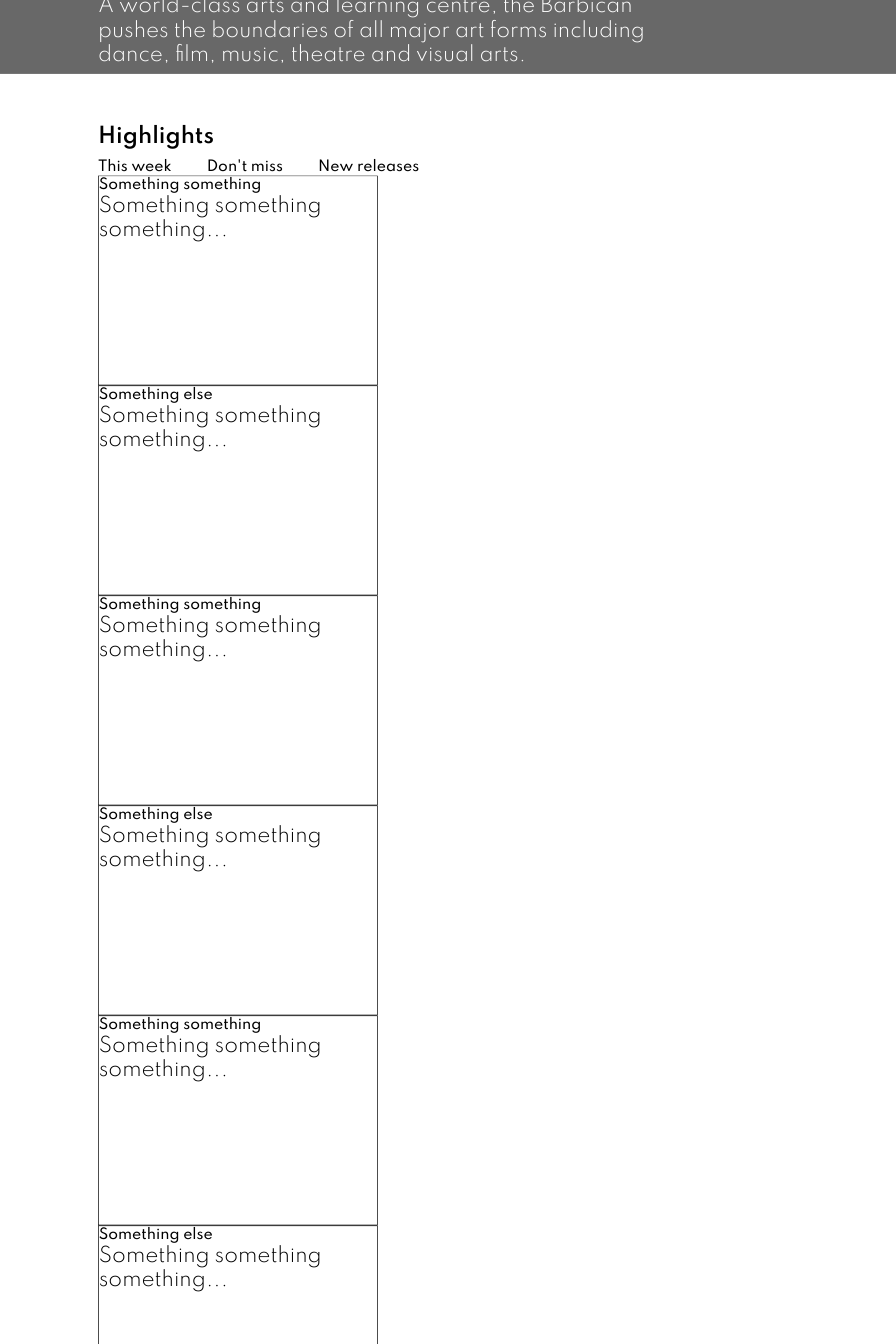
Repository: vvogt/fameworks_vv
Page: /
These files come from the project's save history. The page is drawn as it stood at one moment and after the next save; the edit follows.
The browser window is 1280 px wide. The pictures show the part of the page from y = 502 to 2422 px (the page is 6212 px tall before and 2612 px after), at 70% of full size.
Pictures or frames that could not be fetched are drawn as grey boxes. The project was rebuilt for these pictures with package versions that can differ from the ones it lists, and the page was loaded fresh each time. Also part of the build but not shown: src/components/NotFound.js. Imported but missing from the stored project, and not drawn on this page: src/assets/videos/seald_fullhd.mp4.

Above is the page before, as saved 2020-03-28 18:01:29.

### public/index.html
<!DOCTYPE html>
<html lang="en">
  <head>
    <meta charset="utf-8" />
    <link rel="icon" href="%PUBLIC_URL%/favicon.ico" />
    <link href="https://fonts.googleapis.com/css2?family=Spartan:wght@200;300;400;500;531;600;700;800;900&display=swap"
      rel="stylesheet">
    <meta name="viewport" content="width=device-width, initial-scale=1" />
    <meta name="theme-color" content="#000000" />
    <meta
      name="description"
      content="Web site created using create-react-app"
    />
    <!--
      manifest.json provides metadata used when your web app is installed on a
      user's mobile device or desktop. See https://developers.google.com/web/fundamentals/web-app-manifest/
    -->
    <link rel="manifest" href="%PUBLIC_URL%/manifest.json" />
    <!--
      Notice the use of %PUBLIC_URL% in the tags above.
      It will be replaced with the URL of the `public` folder during the build.
      Only files inside the `public` folder can be referenced from the HTML.

      Unlike "/favicon.ico" or "favicon.ico", "%PUBLIC_URL%/favicon.ico" will
      work correctly both with client-side routing and a non-root public URL.
      Learn how to configure a non-root public URL by running `npm run build`.
    -->
  </head>
  <body>
    <noscript>You need to enable JavaScript to run this app.</noscript>
    <div id="root"></div>
    <!--
      This HTML file is a template.
      If you open it directly in the browser, you will see an empty page.

      You can add webfonts, meta tags, or analytics to this file.
      The build step will place the bundled scripts into the <body> tag.

      To begin the development, run `npm start` or `yarn start`.
      To create a production bundle, use `npm run build` or `yarn build`.
    -->
  </body>
</html>

### src/index.js
import React from 'react';
import { render } from 'react-dom';
import './scss/global.scss';
import Router from './components/Router';
import * as serviceWorker from './serviceWorker';

render(<Router />, document.querySelector('#root'));

// If you want your app to work offline and load faster, you can change
// unregister() to register() below. Note this comes with some pitfalls.
// Learn more about service workers: https://bit.ly/CRA-PWA
serviceWorker.unregister();

### src/scss/global.scss
// # SETTINGS
@import 'settings.variables';

// # TOOLS
@import 'tools.mixins';
@import 'tools.units';

// # BASE
@import 'base.normalize';
@import 'base.reset';
@import 'base.body';

//COMPONENTS

@import 'components.header';
@import 'components.hero';
@import 'components.section';

### src/components/Router.js
import React from 'react';
import { BrowserRouter, Route, Switch } from 'react-router-dom';
import Main from './Main';
import NotFound from './NotFound';

const Router = () => (
  <BrowserRouter>
    <Switch>
      <Route exact path="/" component={Main} />
      <Route component={NotFound} />
    </Switch>
  </BrowserRouter>
);

export default Router;

### src/scss/_settings.variables.scss
/* ------------------------------------------
   settings.VARIABLES
------------------------------------------ */

// Fonts
$font: 'Spartan', sans-serif;

$font_btn: rem-calc(15);

// Colors
$black: #000000;
$white: #ffffff;
$orange: #ff5900;
$orange-drkr: #e65000;

// Layout
$gutter: 20px;

// Animations
$transition-in: 0.1s;
$transition-out: 0.3s;

// Box Shadow
$shadow_light: 1px 2px 2px rgba($black, 0.1);
$shadow_dark: 1px 2px 2px rgba($black, 0.2);

// Padding
$padding_lr_1: 240px;
$padding_lr_2: 140px;
$padding_lr_3: 80px;
$padding_lr_4: 20px;

$padding_lr: 20px, 80px, 140px, 240px;

### src/scss/_tools.mixins.scss
/* ------------------------------------------
   tools.MIXINS
------------------------------------------ */

@mixin clearfix() {
  &:before, &:after {
    content: " ";
    display: table;
  }
  &:after {
    clear: both;
  }
}

@mixin un-clearfix() {
  &:before, &:after {
    content: none;
    display: auto;
  }
  &:after {
    clear: none;
  }
}

// Image Replacement

@mixin ir() {
  border: 0;
  font: 0/0 a;
  text-shadow: none;
  color: transparent;
  // background: url(test.png);
  // width: 300px;
  // height: 75px;
}

// Hide only visually, but have it available for screen readers:
// http://snook.ca/archives/html_and_css/hiding-content-for-accessibility

@mixin visuallyhidden() {
    border: 0;
    clip: rect(0 0 0 0);
    height: 1px;
    margin: -1px;
    overflow: hidden;
    padding: 0;
    position: absolute;
    width: 1px;
}


//  ## Media query and orietation mixins
//  ==================================================
//  http://alwaystwisted.com/post.php?s=2013-04-01-my-media-query-mixin


@mixin mq($point, $query1: min, $query2: width) {
  @media screen and (#{$query1}-#{$query2}: strip-unit($point) / 16 +em) {
    @content;
  }
}

@mixin orient($orientation: landscape) {
  @media (orientation : $orientation) {
    @content;
  }
}

@mixin setLRPadding($padding-lr4: 20px, $padding-lr3: 80px, $padding-lr2: 140px, $padding-lr1: 240px) {
  padding-left: $padding-lr4;
  padding-right: $padding-lr4;

   @include mq(600) {
      padding-left: $padding-lr3;
      padding-right: $padding-lr3;
   }

   @include mq(1000) {
      padding-left: $padding-lr2;
      padding-right: $padding-lr2;
   }

   @include mq(1400) {
      padding-left: $padding-lr1;
      padding-right: $padding-lr1;
   }
}

### src/scss/_tools.units.scss
// Foundation for Sites by ZURB
// foundation.zurb.com
// Licensed under MIT Open Source

////
/// @group functions
////

$global-font-size: 100% !default;

// scss-lint:disable ZeroUnit

/// Removes the unit (e.g. px, em, rem) from a value, returning the number only.
///
/// @param {Number} $num - Number to strip unit from.
///
/// @returns {Number} The same number, sans unit.
@function strip-unit($num) {
  @return $num / ($num * 0 + 1);
}

/// Converts one or more pixel values into matching rem values.
///
/// @param {Number|List} $values - One or more values to convert. Be sure to separate them with spaces and not commas. If you need to convert a comma-separated list, wrap the list in parentheses.
/// @param {Number} $base [null] - The base value to use when calculating the `rem`. If you're using Foundation out of the box, this is 16px. If this parameter is `null`, the function will reference the `$base-font-size` variable as the base.
///
/// @returns {List} A list of converted values.
@function rem-calc($values, $base: null) {
  $rem-values: ();
  $count: length($values);

  // If no base is defined, defer to the global font size
  @if $base == null {
    $base: $global-font-size;
  }

  // If the base font size is a %, then multiply it by 16px
  // This is because 100% font size = 16px in most all browsers
  @if unit($base) == '%' {
    $base: ($base / 100%) * 16px;
  }

  @if $count == 1 {
    @return -zf-to-rem($values, $base);
  }

  @for $i from 1 through $count {
    $rem-values: append($rem-values, -zf-to-rem(nth($values, $i), $base));
  }

  @return $rem-values;
}

// Converts a unitless, pixel, or rem value to em, for use in breakpoints.
@function -zf-bp-to-em($value) {
  // Pixel and unitless values are converted to rems
  @if unit($value) == 'px' or unitless($value) {
    $value: rem-calc($value, $base: 16px);
  }

  // Then the value is converted to ems
  @return strip-unit($value) * 1em;
}

/// Converts a pixel value to matching rem value. *Any* value passed, regardless of unit, is assumed to be a pixel value. By default, the base pixel value used to calculate the rem value is taken from the `$global-font-size` variable.
/// @access private
///
/// @param {Number} $value - Pixel value to convert.
/// @param {Number} $base [null] - Base for pixel conversion.
///
/// @returns {Number} A number in rems, calculated based on the given value and the base pixel value. rem values are passed through as is.
@function -zf-to-rem($value, $base: null) {
  // Check if the value is a number
  @if type-of($value) != 'number' {
    @warn inspect($value) + ' was passed to rem-calc(), which is not a number.';
    @return $value;
  }

  // Calculate rem if units for $value is not rem
  @if unit($value) != 'rem' {
    $value: strip-unit($value) / strip-unit($base) * 1rem;
  }

  // Turn 0rem into 0
  @if $value == 0rem {
    $value: 0;
  }

  @return $value;
}

### src/scss/_base.normalize.scss
/* ------------------------------------------
   settings.NORMALIZE
------------------------------------------ */

/*! normalize.css v4.1.1 | MIT License | github.com/necolas/normalize.css */

/**
 * 1. Change the default font family in all browsers (opinionated).
 * 2. Prevent adjustments of font size after orientation changes in IE and iOS.
 */

 html {
  font-family: sans-serif; /* 1 */
  -ms-text-size-adjust: 100%; /* 2 */
  -webkit-text-size-adjust: 100%; /* 2 */
}

/**
 * Remove the margin in all browsers (opinionated).
 */

body {
  margin: 0;
}

/* HTML5 display definitions
   ========================================================================== */

/**
 * Add the correct display in IE 9-.
 * 1. Add the correct display in Edge, IE, and Firefox.
 * 2. Add the correct display in IE.
 */

article,
aside,
details, /* 1 */
figcaption,
figure,
footer,
header,
main, /* 2 */
menu,
nav,
section,
summary { /* 1 */
  display: block;
}

/**
 * Add the correct display in IE 9-.
 */

audio,
canvas,
progress,
video {
  display: inline-block;
}

/**
 * Add the correct display in iOS 4-7.
 */

audio:not([controls]) {
  display: none;
  height: 0;
}

/**
 * Add the correct vertical alignment in Chrome, Firefox, and Opera.
 */

progress {
  vertical-align: baseline;
}

/**
 * Add the correct display in IE 10-.
 * 1. Add the correct display in IE.
 */

template, /* 1 */
[hidden] {
  display: none;
}

/* Links
   ========================================================================== */

/**
 * 1. Remove the gray background on active links in IE 10.
 * 2. Remove gaps in links underline in iOS 8+ and Safari 8+.
 */

a {
  background-color: transparent; /* 1 */
  -webkit-text-decoration-skip: objects; /* 2 */
}

/**
 * Remove the outline on focused links when they are also active or hovered
 * in all browsers (opinionated).
 */

a:active,
a:hover {
  outline-width: 0;
}

/* Text-level semantics
   ========================================================================== */

/**
 * 1. Remove the bottom border in Firefox 39-.
 * 2. Add the correct text decoration in Chrome, Edge, IE, Opera, and Safari.
 */

abbr[title] {
  border-bottom: none; /* 1 */
  text-decoration: underline; /* 2 */
  text-decoration: underline dotted; /* 2 */
}

/**
 * Prevent the duplicate application of `bolder` by the next rule in Safari 6.
 */

b,
strong {
  font-weight: inherit;
}

/**
 * Add the correct font weight in Chrome, Edge, and Safari.
 */

b,
strong {
  font-weight: bolder;
}

/**
 * Add the correct font style in Android 4.3-.
 */

dfn {
  font-style: italic;
}

/**
 * Correct the font size and margin on `h1` elements within `section` and
 * `article` contexts in Chrome, Firefox, and Safari.
 */

h1 {
  font-size: 2em;
  margin: 0.67em 0;
}

/**
 * Add the correct background and color in IE 9-.
 */

mark {
  background-color: #ff0;
  color: #000;
}

/**
 * Add the correct font size in all browsers.
 */

small {
  font-size: 80%;
}

/**
 * Prevent `sub` and `sup` elements from affecting the line height in
 * all browsers.
 */

sub,
sup {
  font-size: 75%;
  line-height: 0;
  position: relative;
  vertical-align: baseline;
}

sub {
  bottom: -0.25em;
}

sup {
  top: -0.5em;
}

/* Embedded content
   ========================================================================== */

/**
 * Remove the border on images inside links in IE 10-.
 */

img {
  border-style: none;
}

/**
 * Hide the overflow in IE.
 */

svg:not(:root) {
  overflow: hidden;
}

/* Grouping content
   ========================================================================== */

/**
 * 1. Correct the inheritance and scaling of font size in all browsers.
 * 2. Correct the odd `em` font sizing in all browsers.
 */

code,
kbd,
pre,
samp {
  font-family: monospace, monospace; /* 1 */
  font-size: 1em; /* 2 */
}

/**
 * Add the correct margin in IE 8.
 */

figure {
  margin: 1em 40px;
}

/**
 * 1. Add the correct box sizing in Firefox.
 * 2. Show the overflow in Edge and IE.
 */

hr {
  box-sizing: content-box; /* 1 */
  height: 0; /* 1 */
  overflow: visible; /* 2 */
}

/* Forms
   ========================================================================== */

/**
 * 1. Change font properties to `inherit` in all browsers (opinionated).
 * 2. Remove the margin in Firefox and Safari.
 */

button,
input,
select,
textarea {
  font: inherit; /* 1 */
  margin: 0; /* 2 */
}

/**
 * Restore the font weight unset by the previous rule.
 */

optgroup {
  font-weight: bold;
}

/**
 * Show the overflow in IE.
 * 1. Show the overflow in Edge.
 */

button,
input { /* 1 */
  overflow: visible;
}

/**
 * Remove the inheritance of text transform in Edge, Firefox, and IE.
 * 1. Remove the inheritance of text transform in Firefox.
 */

button,
select { /* 1 */
  text-transform: none;
}

/**
 * 1. Prevent a WebKit bug where (2) destroys native `audio` and `video`
 *    controls in Android 4.
 * 2. Correct the inability to style clickable types in iOS and Safari.
 */

button,
html [type="button"], /* 1 */
[type="reset"],
[type="submit"] {
  -webkit-appearance: button; /* 2 */
}

/**
 * Remove the inner border and padding in Firefox.
 */

button::-moz-focus-inner,
[type="button"]::-moz-focus-inner,
[type="reset"]::-moz-focus-inner,
[type="submit"]::-moz-focus-inner {
  border-style: none;
  padding: 0;
}

/**
 * Restore the focus styles unset by the previous rule.
 */

button:-moz-focusring,
[type="button"]:-moz-focusring,
[type="reset"]:-moz-focusring,
[type="submit"]:-moz-focusring {
  outline: 1px dotted ButtonText;
}

/**
 * Change the border, margin, and padding in all browsers (opinionated).
 */

fieldset {
  border: 1px solid #c0c0c0;
  margin: 0 2px;
  padding: 0.35em 0.625em 0.75em;
}

/**
 * 1. Correct the text wrapping in Edge and IE.
 * 2. Correct the color inheritance from `fieldset` elements in IE.
 * 3. Remove the padding so developers are not caught out when they zero out
 *    `fieldset` elements in all browsers.
 */

legend {
  box-sizing: border-box; /* 1 */
  color: inherit; /* 2 */
  display: table; /* 1 */
  max-width: 100%; /* 1 */
  padding: 0; /* 3 */
  white-space: normal; /* 1 */
}

/**
 * Remove the default vertical scrollbar in IE.
 */

textarea {
  overflow: auto;
}

/**
 * 1. Add the correct box sizing in IE 10-.
 * 2. Remove the padding in IE 10-.
 */

[type="checkbox"],
[type="radio"] {
  box-sizing: border-box; /* 1 */
  padding: 0; /* 2 */
}

/**
 * Correct the cursor style of increment and decrement buttons in Chrome.
 */

[type="number"]::-webkit-inner-spin-button,
[type="number"]::-webkit-outer-spin-button {
  height: auto;
}

/**
 * 1. Correct the odd appearance in Chrome and Safari.
 * 2. Correct the outline style in Safari.
 */

[type="search"] {
  -webkit-appearance: textfield; /* 1 */
  outline-offset: -2px; /* 2 */
}

/**
 * Remove the inner padding and cancel buttons in Chrome and Safari on OS X.
 */

[type="search"]::-webkit-search-cancel-button,
[type="search"]::-webkit-search-decoration {
  -webkit-appearance: none;
}

/**
 * Correct the text style of placeholders in Chrome, Edge, and Safari.
 */

::-webkit-input-placeholder {
  color: inherit;
  opacity: 0.54;
}

/**
 * 1. Correct the inability to style clickable types in iOS and Safari.
 * 2. Change font properties to `inherit` in Safari.
 */

::-webkit-file-upload-button {
  -webkit-appearance: button; /* 1 */
  font: inherit; /* 2 */
}

### src/scss/_base.reset.scss
/* ------------------------------------------
  generic.RESET
------------------------------------------ */

* {
  box-sizing: border-box;
}

img,
iframe {
  max-width: 100%;
  height: auto;
}

h1,h2,h3,h4,h5,h6,
p,blockquote,pre,
dl,dd,ol,ul,
form,fieldset,legend,
table,th,td,caption,
hr,figure {
  margin:0;
  padding:0;
}

li {
  list-style: none;
}

::selection {

}

### src/scss/_base.body.scss
body {
  font-family: $font;
  font-size: rem-calc(14);
  line-height: rem-calc(18);
  font-weight: 400;
  color: $black;
  background-color: $white;
  margin: 0px;
  padding: 0px;
}

p {
  font-family: $font;
  font-size: rem-calc(20);
  line-height: rem-calc(26);
  color: $black;
  font-weight: 355;

  @include mq(350) {
    font-size: rem-calc(24);
    line-height: rem-calc(30);
  }

  @include mq(1000) {
    font-size: rem-calc(28);
    line-height: rem-calc(35);
  }
}

a {
  color: $black;
  text-decoration: none;

  &:hover {
    text-decoration: none;
    color: $white;
  }
}

h1,
h2,
h3,
h4,
h5 {
  font-weight: 500;
}

h1 {
  font-size: rem-calc(70);
  line-height: rem-calc(78);
  font-weight: 1000;

}

h2 {
  font-size: rem-calc(36);
  line-height: rem-calc(40);
  font-weight: 600;
  color: $black;

  @include mq(700) {
    font-size: rem-calc(46);
    line-height: rem-calc(50);
  }

  @include mq(1000) {
    font-size: rem-calc(56);
    line-height: rem-calc(60);
  }


}

h2+p {
  margin-top: 20px;

  @include mq(1000) {
    margin-top: 45px;
  }
}

h3 {
  font-size: rem-calc(20);
  line-height: rem-calc(25);
}

h4 {
  font-size: rem-calc(18);
  line-height: rem-calc(21);
}

h5 {
  font-size: rem-calc(14);
  line-height: rem-calc(18);
}

.wrapper {
  width: 100%;
  margin: 0 auto;
  background-color: $white;
  overflow: hidden;
}

### src/scss/_components.header.scss
.header {
   background-color: $orange;
   width: 100%;
   display: flex;
   flex-direction: column;
   color: white;

   &__main {
      height: 55px;
      width: 100%;
      display: flex;
      flex-direction: row;
      justify-content: space-between;
      align-items: center;
      padding-left: $padding-lr_4;
      padding-right: $padding-lr_4;

      @include mq(400) {
         height: 68.3px;
      }

      @include mq(500) {
         height: 81.6px;
      }

      @include setLRPadding($padding_lr);

      .logo {
         font-weight: 800;
         font-size: rem-calc(20);
         letter-spacing: rem-calc(-1.5);

         @include mq(400) {

         }

         @include mq(500) {

         }

         @include mq(600) {
            font-size: rem-calc(40);
         }
      }

      &__right {
         display: flex;
         flex-direction: row;
         flex-wrap: nowrap;
         align-items: center;
         justify-content: right;
         display: flex;

         @include mq(770) {
            width: 340px;
         }

         @include mq(1000) {
            width: 440px;
         }

         input {
            width: 220px;
            height: 42.5px;
            border-radius: 4px;
            box-shadow: inset 0 0 20px rgba(0,0,0,0.1);
            background-color: $orange-drkr;
            border: 1px solid;
            border-color: rgba(0,0,0,0.1);
            color: $white;
            padding: 0px 15px;
            line-height: 1;
            padding: .75em 1em;
            font-weight: 300;
            transition: background-color 0.2s ease-in;

            @include mq(1000) {
               width: 320px;
            }

            &:focus {
               outline: none;
               background-color: darken($orange-drkr, 5%);
               transition: background-color 0.1s ease-in;

            }
         }

         .search-icon {
            width: 20px;
            height: 20px;
         }

         .login {
            display: flex;
            flex-direction: row;
            flex-wrap: nowrap;
            align-items: center;
            font-weight: 800;
            margin-left: 20px;
            white-space: nowrap;

            img {
               position: relative;
               width: 30px;
               height: 30px;

               @include mq(770) {
                  top: -3px;
                  width: 20px;
                  height: 20px;
                  margin-left: 0px;
                  margin-right: 5px;
               }
            }

            span {
               display: none;

               @include mq(770) {
                  display: inline;
               }
            }
         }

         .search-icon {
            display: inline;
            width: 30px;
            height: 30px;

            @include mq(770) {
               display: none;
            }
         }

         input {
            display: none;

            @include mq(770) {
               display: inline;
            }
         }
      }
   }

   &__nav {
      height: 55px;
      border-top: 1px $white solid;
      border-color: rgba(255, 255, 255, 0.5);
      padding-left: $padding-lr_4;
      overflow: scroll;
      -ms-overflow-style: none;  // IE 10+
      overflow: -moz-scrollbars-none;  // Firefox

      &::-webkit-scrollbar {
         display: none;
      }

      @include mq(600) {
         padding-left: $padding-lr_3;
      }

      @include mq(1000) {
         padding-left: $padding-lr_2;
      }

      @include mq(1400) {
         padding-left: $padding-lr_1;
      }

      ul {
         font-weight: 800;
         display: flex;
         flex-direction: row;
         width: 1000px;
         height: 100%;
         justify-content: space-between;
         align-items: center;
      }
   }
}

### src/scss/_components.hero.scss
.hero {
   background-color: rgb(104, 104, 104);
   height: 300px;
   position: relative;

   @include setLRPadding();

   @include mq(750) {
      height: calc(100vh - 250px);
   }

   &__content {
      position: absolute;
      z-index: 2;
      margin-top: 200px;
      margin-bottom: 200px;



      h1, p {
         color: $white;
      }

      h1 {
         width: 50%;
      }

      p {
         width: 70%;
      }
   }

   &__bgVideo {
      position: absolute;
      object-fit: cover;
      left: 0;
      right: 0;
      width: 100%;
      height: 100%;
      background-position: center;
   }
}

### src/scss/_components.section.scss
.section_highlights {
   padding-top: rem-calc(60);
   padding-bottom: rem-calc(60);
   @include setLRPadding($padding_lr);

   .articlePreviews {
      display: flex;
      overflow: scroll;
      flex-direction: row;
   }

   .articlePreview {
      width: 400px;
      height: 300px;
      border: 1px solid black;
   }

   .categoryTabs {
      width: 100%;

      ul {
         display: flex;
         flex-direction: row;
         -ms-flex-align: left;

         li {
            padding-right: 50px;
         }
      }
   }

   h2 {
      font-size: rem-calc(30);
   }
}

Loaded but not shown: src/serviceWorker.js (common file); src/components/Main.js (144 lines, source omitted); src/components/Header.js (46 lines, source omitted); src/components/Section.js (58 lines, source omitted); src/components/Hero.js (30 lines, source omitted)

After the next save:
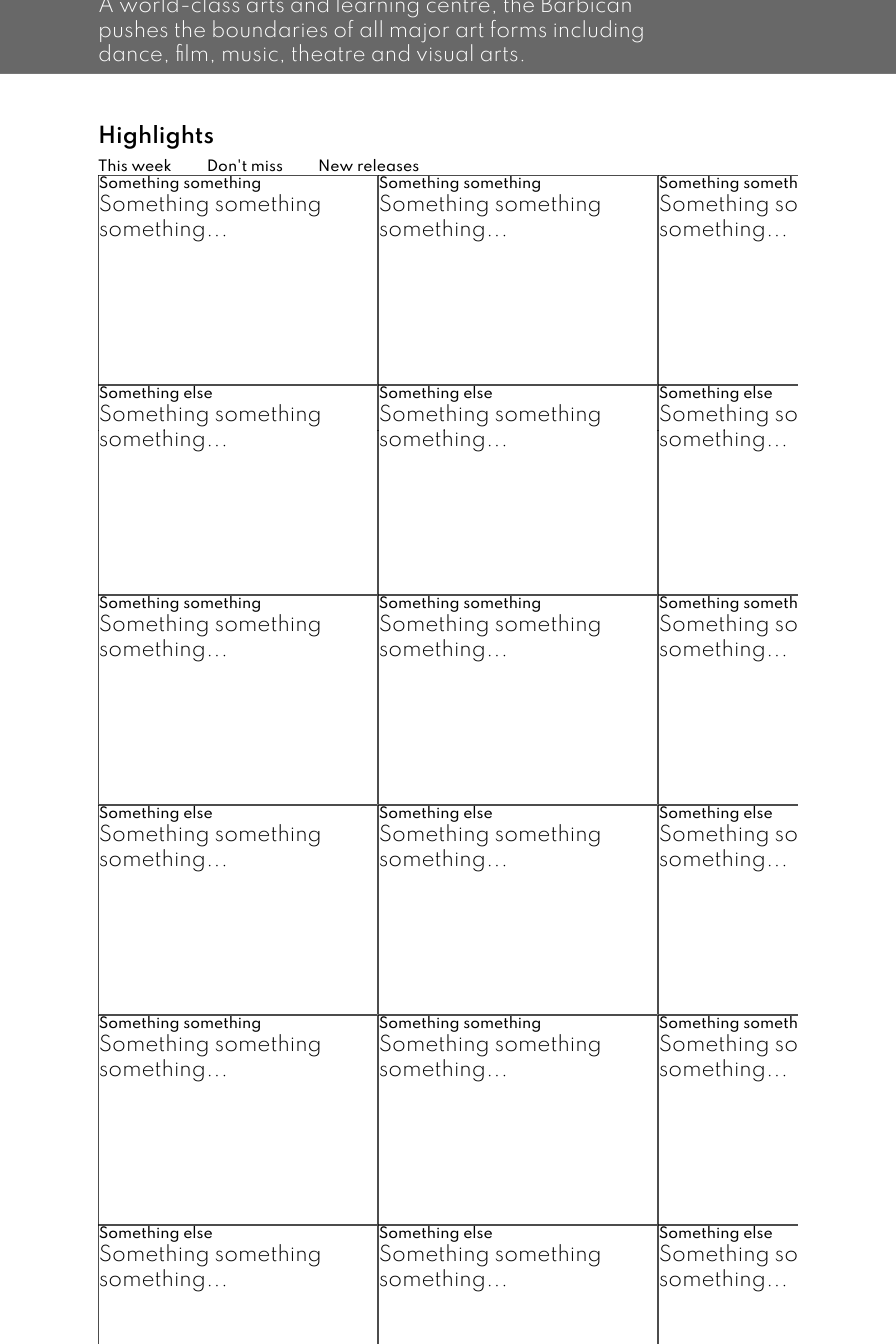
Saved 20 s later.
--- a/src/scss/_components.section.scss
+++ b/src/scss/_components.section.scss
@@ -4,9 +4,11 @@
    @include setLRPadding($padding_lr);
 
    .articlePreviews {
-      display: flex;
-      overflow: scroll;
-      flex-direction: row;
+      ul {
+         display: flex;
+         overflow: scroll;
+         flex-direction: row;
+      }
    }
 
    .articlePreview {
